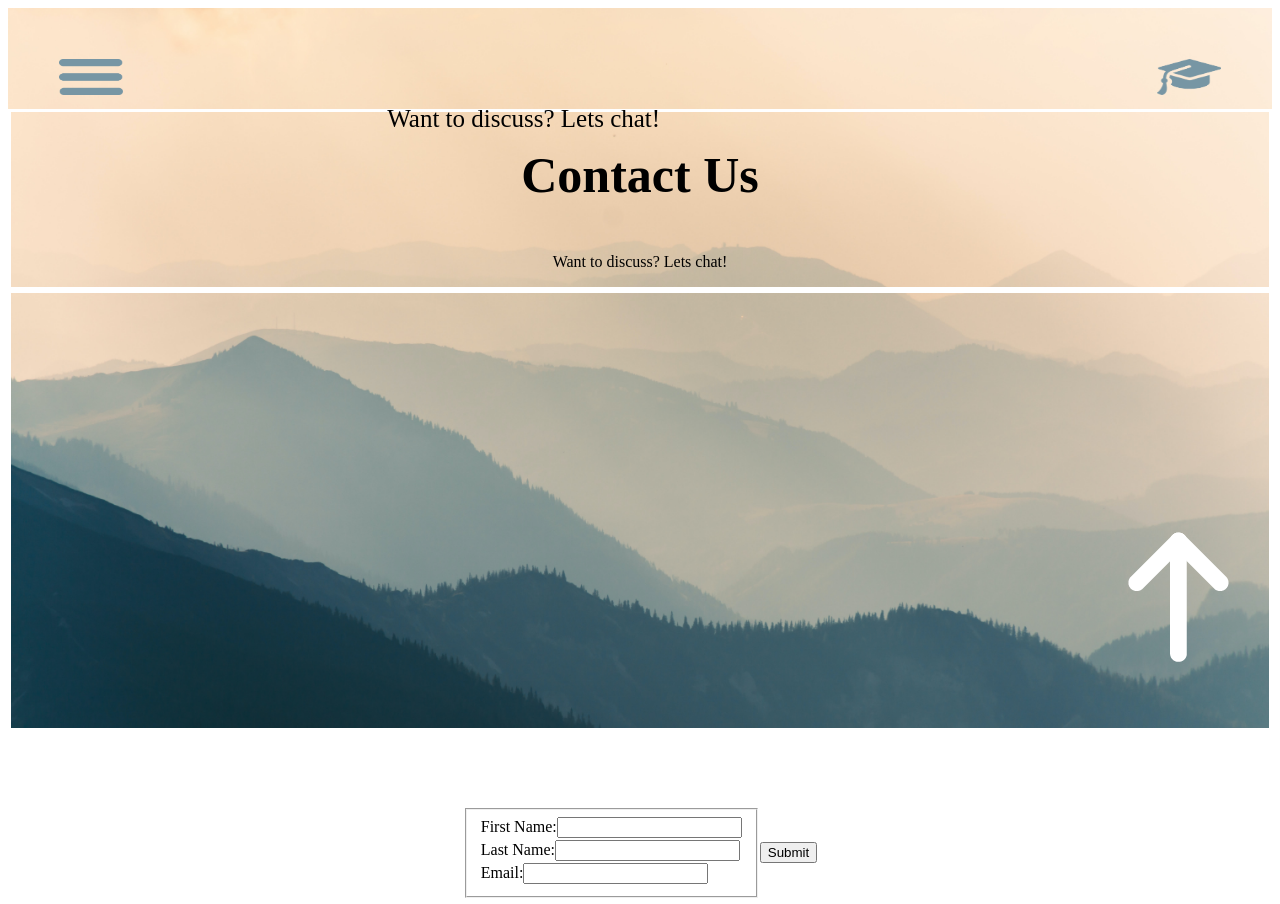
Repository: sierralaurent/MDIA2109-Assignment01
Page: /contact
These files come from the project's save history. The page is drawn as it stood at one moment and after the next save; the edit follows.
The browser window is 1280 px wide. The pictures show the whole page.
The project was rebuilt for these pictures with package versions that can differ from the ones it lists, and the page was loaded fresh each time. The framework's server and built-in components were replaced by stand-ins that run in the browser. Also part of the build but not shown: next.config.js.

Above is the page before, as saved 2023-02-05 09:44:21.

After the next save:
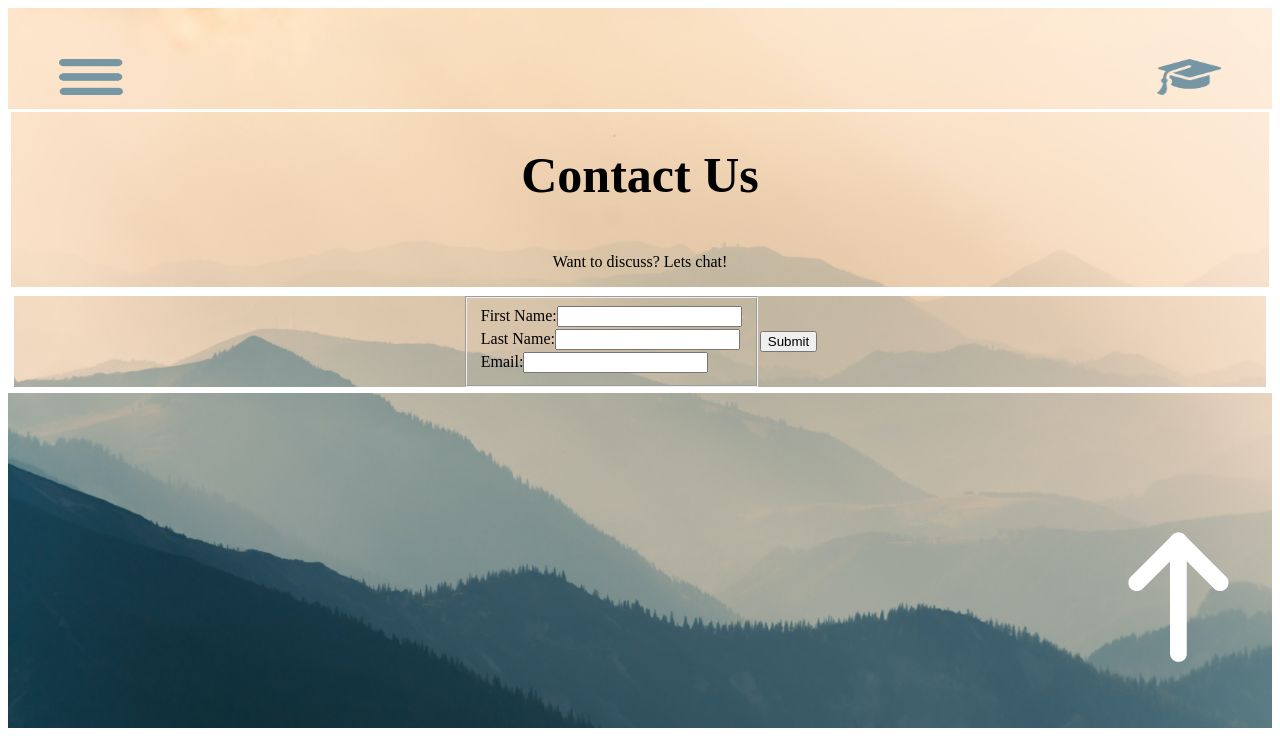
Saved 10 s later.
--- a/pages/contact.js
+++ b/pages/contact.js
@@ -22,9 +22,6 @@ export default function Contact() {
           <div className={styles.header}>
             <h1>Contact Us</h1>
             <p>Want to discuss? Lets chat!</p></div>
-        <div className={styles.field}>
-            <p>Want to discuss? Lets chat!</p>
-            </div>
             <div className={styles.middle2}>
               <div className={styles.inputs}>
               <form>

After the save that followed:
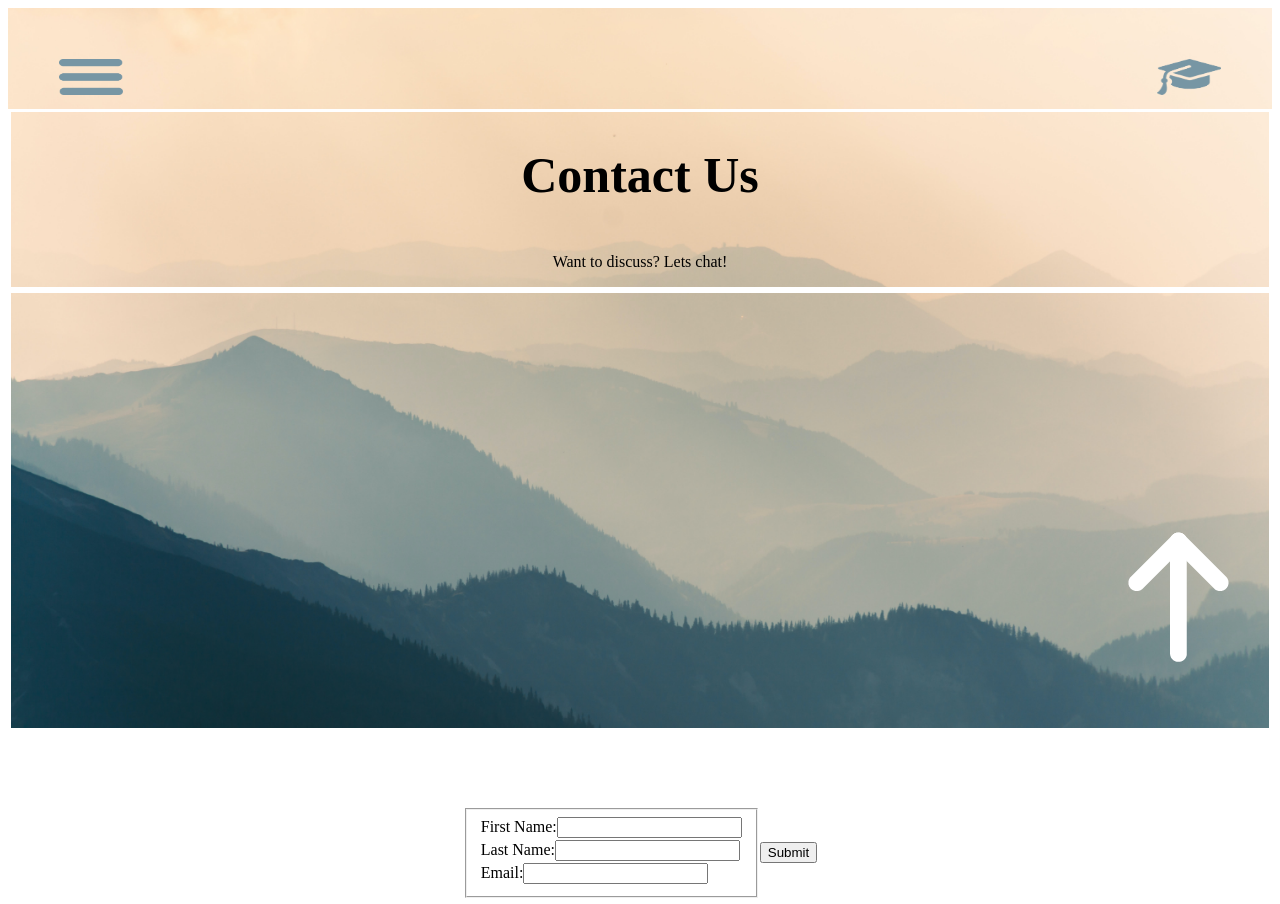
Saved 13 s later.
--- a/pages/contact.js
+++ b/pages/contact.js
@@ -22,6 +22,9 @@ export default function Contact() {
           <div className={styles.header}>
             <h1>Contact Us</h1>
             <p>Want to discuss? Lets chat!</p></div>
+        <div className={styles.field}>
+
+            </div>
             <div className={styles.middle2}>
               <div className={styles.inputs}>
               <form>
